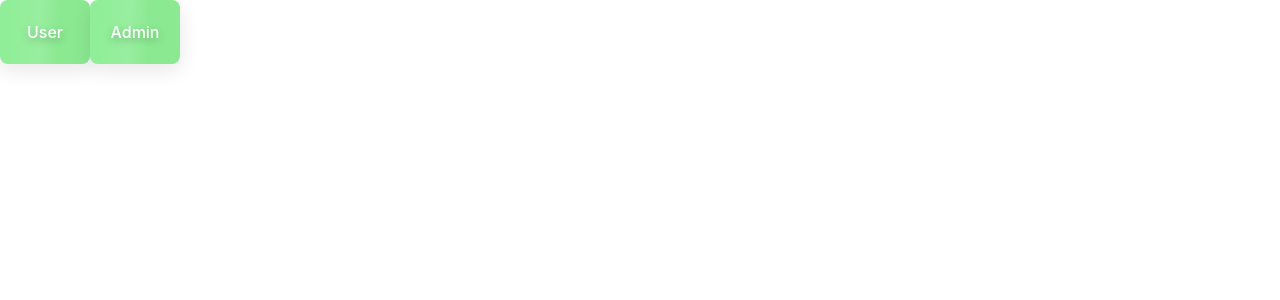
Repository: User826/Recipe
Page: /useradmin (app in recipe_project/)
These files come from the project's save history. The page is drawn as it stood at one moment and after the next save; the edit follows.
The browser window is 1280 px wide. The pictures show the whole page.
The project was rebuilt for these pictures with package versions that can differ from the ones it lists, and the page was loaded fresh each time. The framework's server and built-in components were replaced by stand-ins that run in the browser. Also part of the build but not shown: recipe_project/next.config.js, recipe_project/pages/users.module.css, recipe_project/components/users.js.

Above is the page before, as saved 2023-06-01 05:13:19.

After the next save:
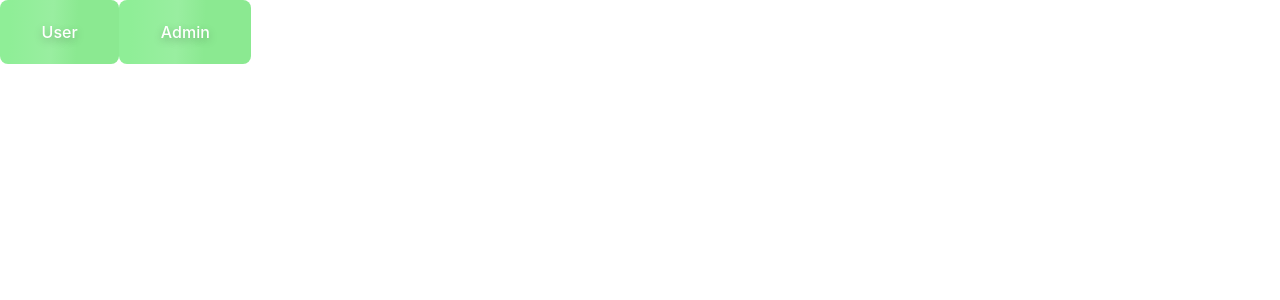
Saved 13 s later.
--- a/recipe_project/pages/useradmin.module.css
+++ b/recipe_project/pages/useradmin.module.css
@@ -1,94 +1,3 @@
-/* .user{
-  background-color: #4CAF50;
-  border: none;
-  color: white;
-  padding: 15px 32px;
-  text-align: center;
-  text-decoration: none;
-  display: inline-block;
-  font-size: 16px;
-}
-
-.admin{
-  background-color: #f44336;
-  border: none;
-  color: white;
-  padding: 15px 32px;
-  text-align: center;
-  text-decoration: none;
-  display: inline-block;
-  font-size: 16px;
-} */
-
-
-.user {
-  align-items: center;
-  width: 90px;
-  height: 40px;
-  background-color: #4CAF50;
-  border-radius: 12px;
-  box-shadow: transparent 0 0 0 3px,rgba(18, 18, 18, .1) 0 6px 20px;
-  box-sizing: border-box;
-  color: #fff;
-  cursor: pointer;
-  display: inline-flex;
-  flex: 1 1 auto;
-  font-family: Inter,sans-serif;
-  font-size: 1.2rem;
-  font-weight: 700;
-  justify-content: center;
-  line-height: 1;
-  margin: 0;
-  outline: none;
-  padding: 1rem 1.2rem;
-  text-align: center;
-  text-decoration: none;
-  transition: box-shadow .2s,-webkit-box-shadow .2s;
-  white-space: nowrap;
-  border: 0;
-  user-select: none;
-  -webkit-user-select: none;
-  touch-action: manipulation;
-}
-
-.user:hover {
-  box-shadow: #121212 0 0 0 3px, transparent 0 0 0 0;
-}
-
-.admin {
-  align-items: center;
-  width: 90px;
-  height: 40px;
-  background-color: #f44336;
-  border-radius: 12px;
-  box-shadow: transparent 0 0 0 3px,rgba(18, 18, 18, .1) 0 6px 20px;
-  box-sizing: border-box;
-  color: #fff;
-  cursor: pointer;
-  display: inline-flex;
-  flex: 1 1 auto;
-  font-family: Inter,sans-serif;
-  font-size: 1.2rem;
-  font-weight: 700;
-  justify-content: center;
-  line-height: 1;
-  margin: 0;
-  outline: none;
-  padding: 1rem 1.2rem;
-  text-align: center;
-  text-decoration: none;
-  transition: box-shadow .2s,-webkit-box-shadow .2s;
-  white-space: nowrap;
-  border: 0;
-  user-select: none;
-  -webkit-user-select: none;
-  touch-action: manipulation;
-}
-
-.admin:hover {
-  box-shadow: #121212 0 0 0 3px, transparent 0 0 0 0;
-}
-
 
 /* CSS */
 .user {
